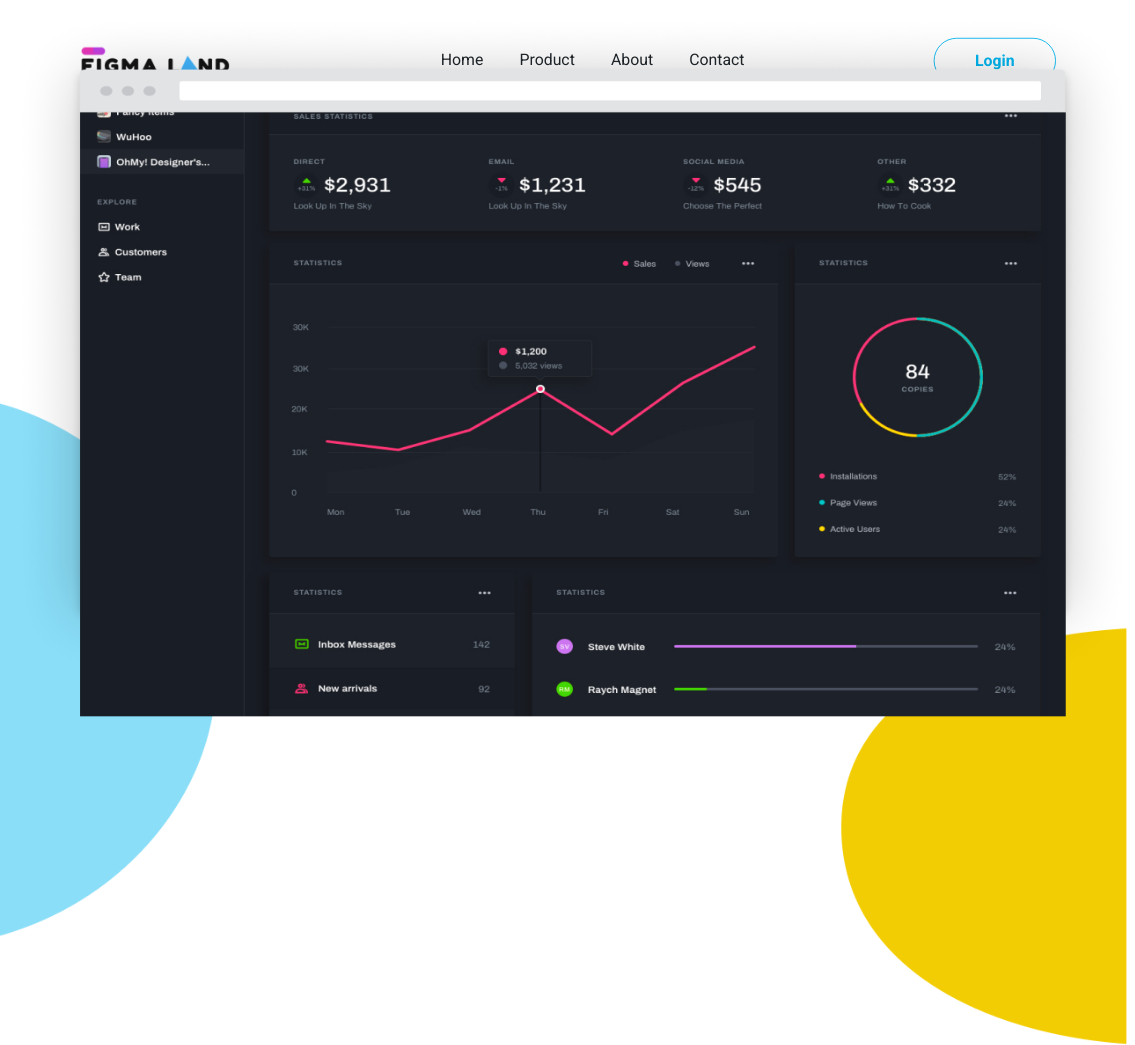
Repository: tungcutte35/Figma-Land
Page: sass/index.html
An editor plug-in stored every save of this project. The page is shown before and after a run of saves, followed by the edit.
The browser window is 1280 px wide. The page is 1290 px wide, then 1280 px, then 1290 px, so the pictures cover 1290 px, including what lies to the right of the window. The pictures show the whole page, at 88% of full size.
The style sheet was rebuilt from its Sass, Less or Tailwind sources for each picture, by a compiler version that may differ from the author's.

Above is the page before, as saved 2021-10-23 16:52:02.

After the next 2 saves:
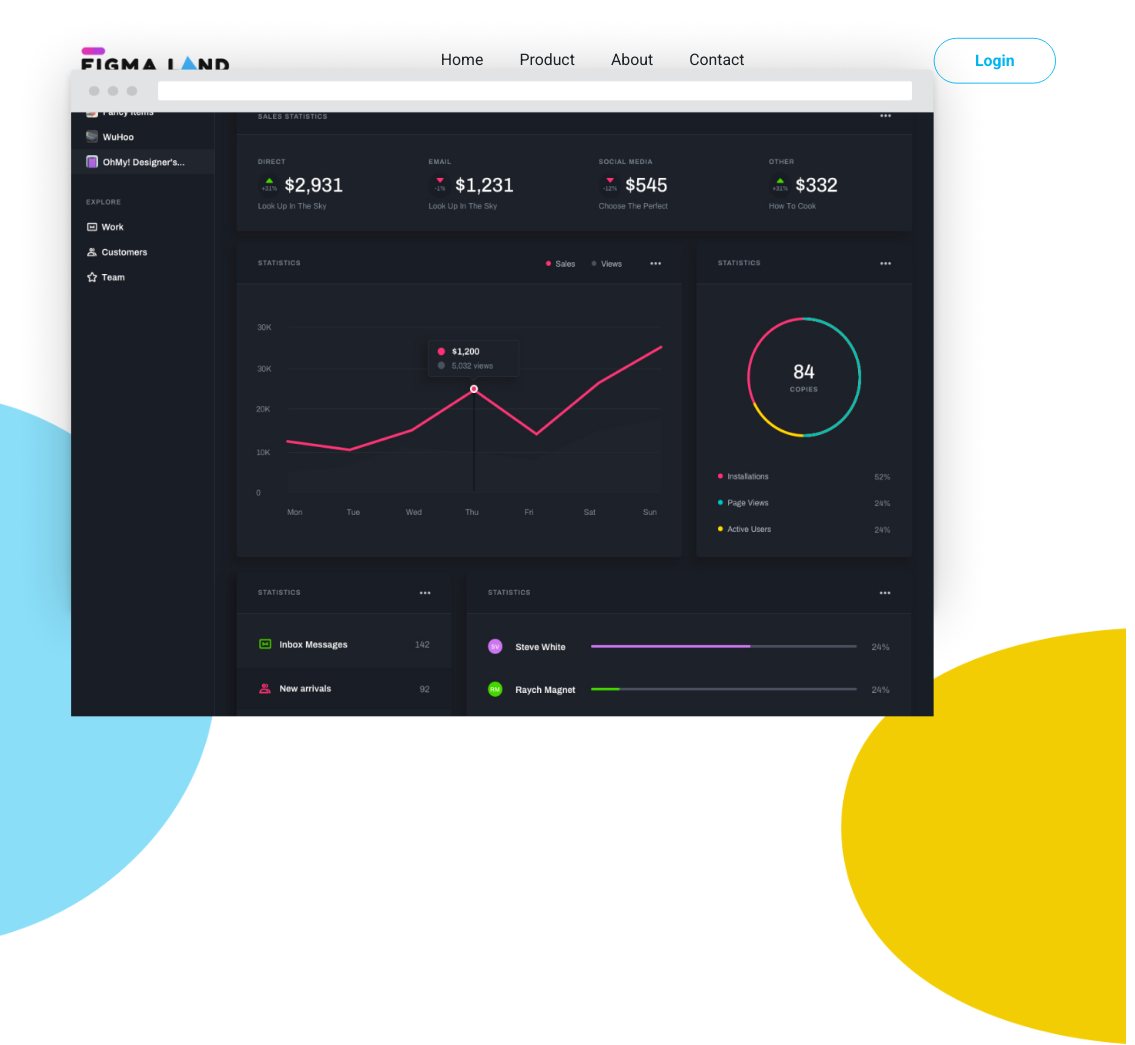
The 2 saves are shown as one change because they came seconds apart.
The last was saved 7 s later.
--- a/sass/_lightning.scss
+++ b/sass/_lightning.scss
@@ -43,7 +43,7 @@
     bottom: -13%;
     left: 10px;
     z-index: 99;
-    width: 1120%;
+    width: 1120px;
     height: 803px;
   }
 }

After the save that followed:
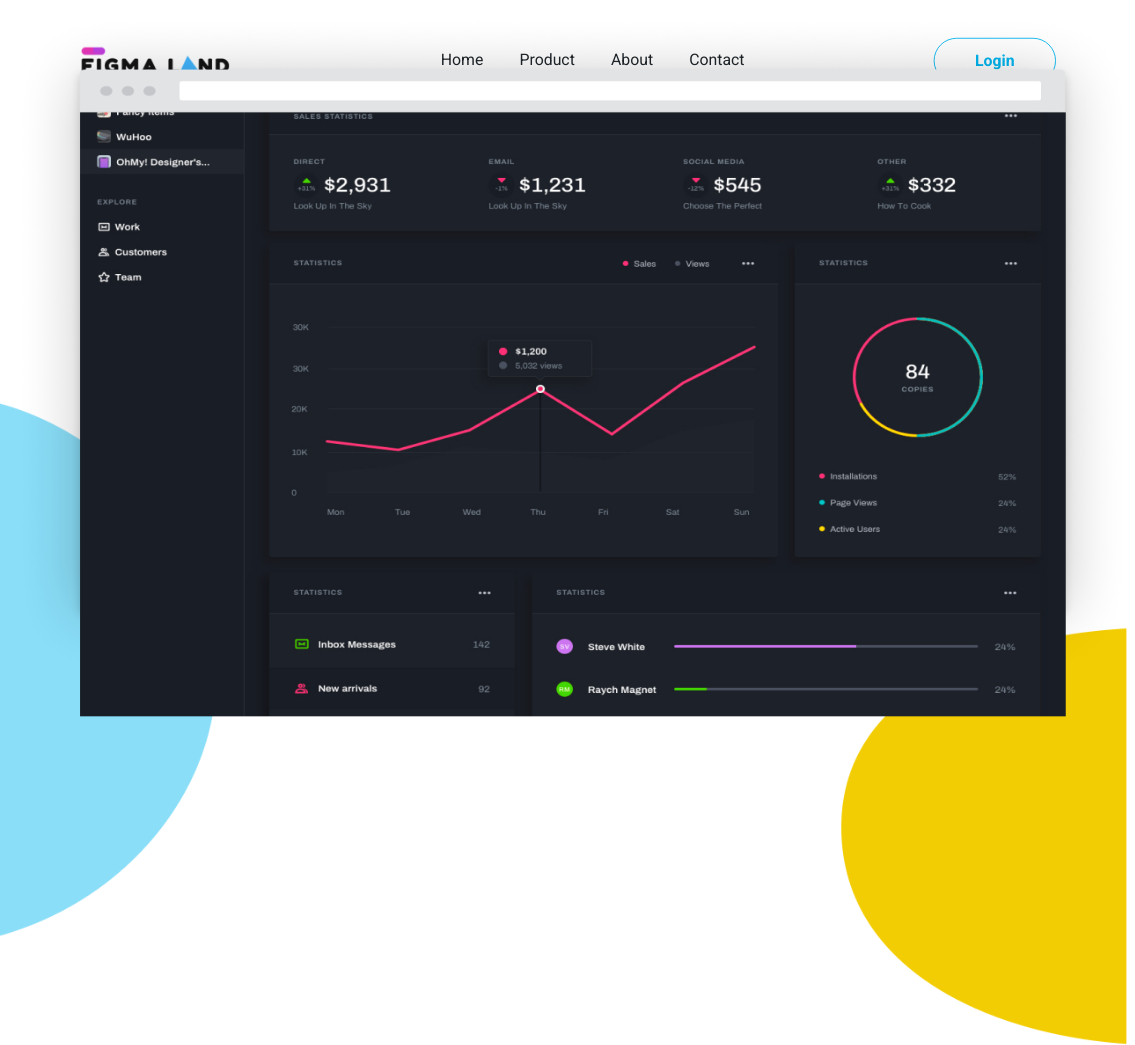
Saved 10 s later.
--- a/sass/_lightning.scss
+++ b/sass/_lightning.scss
@@ -43,7 +43,7 @@
     bottom: -13%;
     left: 10px;
     z-index: 99;
-    width: 1120px;
+    width: 100%;
     height: 803px;
   }
 }
